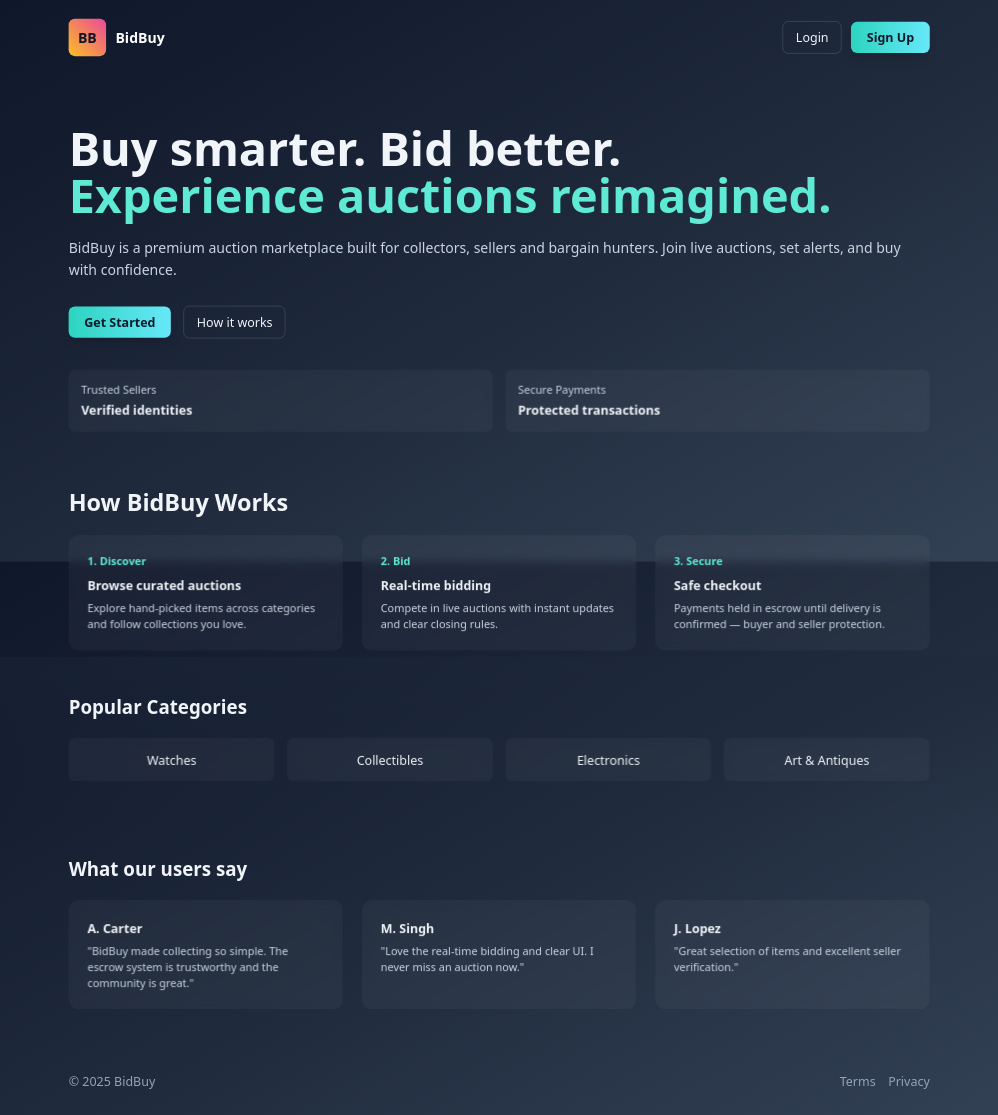
Repository: ChakraVaishnav/Online-Auction-System
Page: / (app in online-auction-system-frontend/)
These files come from the project's save history. The page is drawn as it stood at one moment and after the next save; the edit follows.
The browser window is 1280 px wide. The pictures show the whole page, at 78% of full size.
The project was rebuilt for these pictures with package versions that can differ from the ones it lists, and the page was loaded fresh each time. Also part of the build but not shown: online-auction-system-frontend/vite.config.js, online-auction-system-frontend/src/pages/Login.jsx, online-auction-system-frontend/src/pages/Signup.jsx, online-auction-system-frontend/src/App.css.

Above is the page before, as saved 2025-11-23 17:57:49.

### online-auction-system-frontend/index.html
<!doctype html>
<html lang="en">
  <head>
    <meta charset="UTF-8" />
    <link rel="icon" type="image/svg+xml" href="/vite.svg" />
    <meta name="viewport" content="width=device-width, initial-scale=1.0" />
    <title>online-auction-system-frontend</title>
  </head>
  <body>
    <div id="root"></div>
    <script type="module" src="/src/main.jsx"></script>
  </body>
</html>

### online-auction-system-frontend/src/index.css
@tailwind base;
@tailwind components;
@tailwind utilities;

:root{
	--brand-1: #0f172a; /* slate-900 */
	--brand-2: #0ea5a4; /* teal-400 */
	--accent: #f97316; /* orange-500 */
}

html,body,#root{
	height:100%;
}

body{
	@apply bg-gradient-to-br from-slate-900 via-slate-800 to-slate-700 text-slate-100 antialiased;
	font-family: ui-sans-serif, system-ui, -apple-system, "Segoe UI", Roboto, "Helvetica Neue", Arial;
}

.container-wide{
	@apply max-w-6xl mx-auto px-6;
}

.glass {
	background: rgba(255,255,255,0.04);
	backdrop-filter: blur(6px);
}

.btn-primary{
	@apply inline-flex items-center gap-2 bg-gradient-to-r from-teal-400 to-cyan-300 text-slate-900 font-semibold px-5 py-2 rounded-lg shadow-lg hover:scale-105 transition-transform;
}

.btn-outline{
	@apply inline-flex items-center gap-2 border border-slate-300/20 text-slate-100 px-4 py-2 rounded-lg hover:bg-white/5 transition;
}

/* dedicated back button style to improve touch target and spacing */
.btn-back{
  @apply px-5 py-2 rounded-md bg-white/5 shadow-sm;
}

.form-input{
	@apply w-full bg-transparent border border-slate-700/50 px-4 py-2 rounded-lg placeholder-slate-400 text-white focus:outline-none focus:ring-2 focus:ring-teal-400;
}

### online-auction-system-frontend/src/App.jsx
import { BrowserRouter, Routes, Route } from 'react-router-dom'
import Landing from './pages/Landing'
import Login from './pages/Login'
import Signup from './pages/Signup'
import './App.css'

function App() {
  return (
    <BrowserRouter>
      <Routes>
        <Route path="/" element={<Landing />} />
        <Route path="/login" element={<Login />} />
        <Route path="/signup" element={<Signup />} />
      </Routes>
    </BrowserRouter>
  )
}

export default App

### online-auction-system-frontend/src/pages/Landing.jsx
import { Link } from 'react-router-dom'

export default function Landing() {
  return (
    <div className="min-h-screen flex flex-col">
      <nav className="w-full py-6">
        <div className="container-wide flex items-center justify-between">
          <div className="flex items-center gap-3">
            <div className="w-12 h-12 rounded-lg bg-gradient-to-tr from-amber-400 to-pink-500 flex items-center justify-center font-bold text-slate-900 text-lg">BB</div>
            <div className="text-white font-semibold text-lg">BidBuy</div>
          </div>
          <div className="flex items-center gap-3">
            <Link to="/login" className="btn-outline">Login</Link>
            <Link to="/signup" className="btn-primary">Sign Up</Link>
          </div>
        </div>
      </nav>

      <header className="flex-1 flex items-center py-16">
        <div className="container-wide grid grid-cols-1 lg:grid-cols-1 gap-12 items-center">
          <div>
            <h1 className="text-5xl md:text-6xl font-extrabold leading-tight">Buy smarter. Bid better.<br/><span className="text-teal-300">Experience auctions reimagined.</span></h1>
            <p className="mt-6 text-slate-300 text-lg">BidBuy is a premium auction marketplace built for collectors, sellers and bargain hunters. Join live auctions, set alerts, and buy with confidence.</p>

            <div className="mt-8 flex items-center gap-4">
              <Link to="/signup" className="btn-primary">Get Started</Link>
              <a href="#how" className="btn-outline">How it works</a>
            </div>

            <div className="mt-10 grid grid-cols-2 gap-4">
              <div className="glass p-4 rounded-lg">
                <div className="text-sm text-slate-300">Trusted Sellers</div>
                <div className="font-semibold mt-1">Verified identities</div>
              </div>
              <div className="glass p-4 rounded-lg">
                <div className="text-sm text-slate-300">Secure Payments</div>
                <div className="font-semibold mt-1">Protected transactions</div>
              </div>
            </div>
          </div>

          {/* preview card removed to keep clean professional hero layout */}
        </div>
      </header>

      <section id="how" className="py-2">
        <div className="container-wide">
          <h3 className="text-3xl font-bold mb-6">How BidBuy Works</h3>
          <div className="grid grid-cols-1 md:grid-cols-3 gap-6">
            <div className="glass p-6 rounded-xl">
              <div className="text-sm text-teal-300 font-semibold">1. Discover</div>
              <h4 className="font-semibold mt-2">Browse curated auctions</h4>
              <p className="mt-2 text-slate-300 text-sm">Explore hand-picked items across categories and follow collections you love.</p>
            </div>
            <div className="glass p-6 rounded-xl">
              <div className="text-sm text-teal-300 font-semibold">2. Bid</div>
              <h4 className="font-semibold mt-2">Real-time bidding</h4>
              <p className="mt-2 text-slate-300 text-sm">Compete in live auctions with instant updates and clear closing rules.</p>
            </div>
            <div className="glass p-6 rounded-xl">
              <div className="text-sm text-teal-300 font-semibold">3. Secure</div>
              <h4 className="font-semibold mt-2">Safe checkout</h4>
              <p className="mt-2 text-slate-300 text-sm">Payments held in escrow until delivery is confirmed — buyer and seller protection.</p>
            </div>
          </div>
        </div>
      </section>

      <section className="py-12 bg-gradient-to-b from-slate-800/40 to-transparent">
        <div className="container-wide">
          <h3 className="text-2xl font-bold mb-6">Popular Categories</h3>
          <div className="grid grid-cols-2 md:grid-cols-4 gap-4">
            <div className="glass p-4 rounded-lg text-center">Watches</div>
            <div className="glass p-4 rounded-lg text-center">Collectibles</div>
            <div className="glass p-4 rounded-lg text-center">Electronics</div>
            <div className="glass p-4 rounded-lg text-center">Art & Antiques</div>
          </div>
        </div>
      </section>

      <section className="py-12">
        <div className="container-wide">
          <h3 className="text-2xl font-bold mb-6">What our users say</h3>
          <div className="grid grid-cols-1 md:grid-cols-3 gap-6">
            <div className="glass p-6 rounded-xl">
              <div className="font-semibold">A. Carter</div>
              <div className="text-slate-300 text-sm mt-2">"BidBuy made collecting so simple. The escrow system is trustworthy and the community is great."</div>
            </div>
            <div className="glass p-6 rounded-xl">
              <div className="font-semibold">M. Singh</div>
              <div className="text-slate-300 text-sm mt-2">"Love the real-time bidding and clear UI. I never miss an auction now."</div>
            </div>
            <div className="glass p-6 rounded-xl">
              <div className="font-semibold">J. Lopez</div>
              <div className="text-slate-300 text-sm mt-2">"Great selection of items and excellent seller verification."</div>
            </div>
          </div>
        </div>
      </section>

      <footer className="py-8">
        <div className="container-wide flex flex-col md:flex-row items-center justify-between text-slate-400 gap-4">
          <div>© {new Date().getFullYear()} BidBuy</div>
          <div className="flex items-center gap-4">
            <a className="hover:underline" href="#">Terms</a>
            <a className="hover:underline" href="#">Privacy</a>
          </div>
        </div>
      </footer>
    </div>
  )
}

### online-auction-system-frontend/tailwind.config.cjs
module.exports = {
  content: [
    './index.html',
    './src/**/*.{js,jsx,ts,tsx}'
  ],
  theme: {
    extend: {},
  },
  plugins: [],
}

Loaded but not shown: online-auction-system-frontend/src/main.jsx (common file)

After the next save:
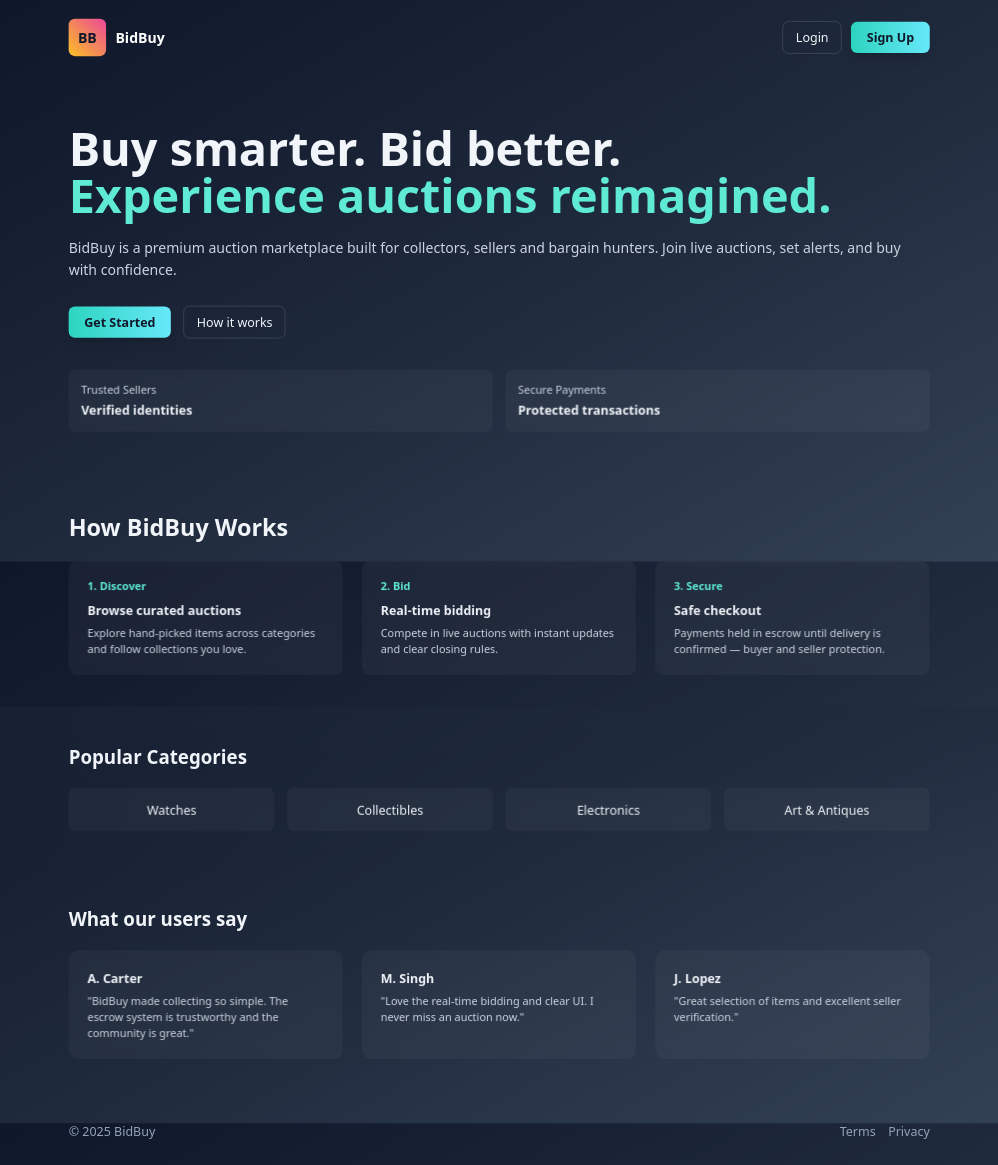
Saved 6 s later.
--- a/online-auction-system-frontend/src/pages/Landing.jsx
+++ b/online-auction-system-frontend/src/pages/Landing.jsx
@@ -43,7 +43,7 @@ export default function Landing() {
         </div>
       </header>
 
-      <section id="how" className="py-2">
+      <section id="how" className="py-10">
         <div className="container-wide">
           <h3 className="text-3xl font-bold mb-6">How BidBuy Works</h3>
           <div className="grid grid-cols-1 md:grid-cols-3 gap-6">
